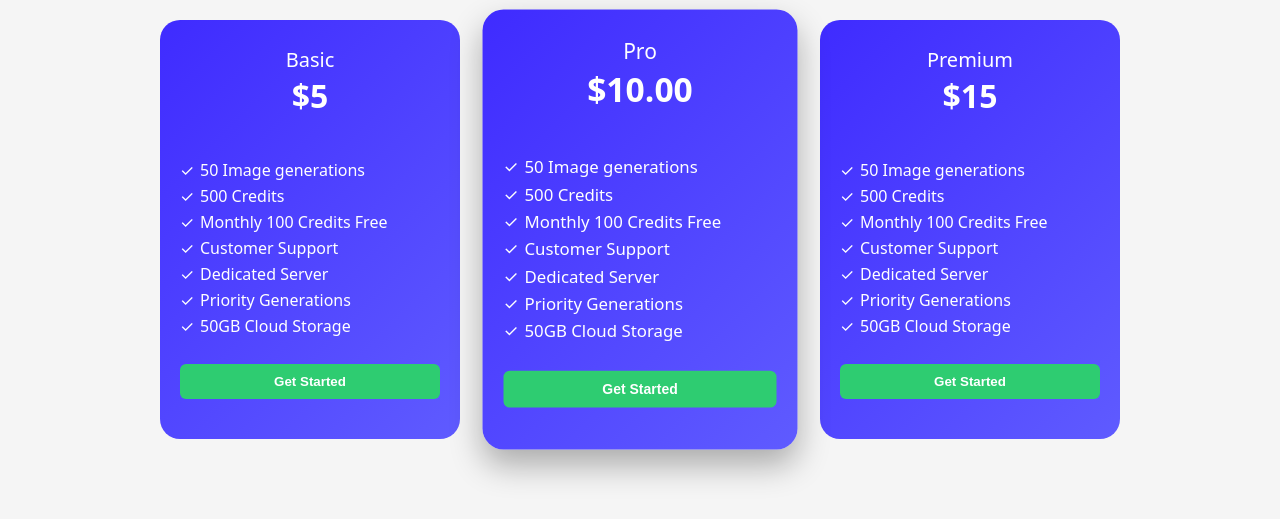
Repository: doanhieu0707/Homework-Day-5
Page: pricing-table.html
The author's editor kept a copy of each file at every save. The page is drawn from the files as they stood at one save, then again after a run of saves.
The browser window is 1280 px wide. The pictures show the whole page.

Above is the page before, as saved 2026-04-22 15:46:16.

### pricing-table.html
<!doctype html>
<html lang="en">
    <head>
        <meta charset="UTF-8" />
        <meta name="viewport" content="width=device-width, initial-scale=1.0" />
        <link rel="stylesheet" href="./css/reset.css" />
        <link rel="stylesheet" href="./css/style.css" />
        <title>Pricing-Table</title>
    </head>
    <body>
        <div class="pricing">
            <div class="pricing-item">
                <h3 class="pricing-title">Basic</h3>
                <div class="pricing-price">$5</div>
                <ul class="pricing-list">
                    <li>50 Image generations</li>
                    <li>500 Credits</li>
                    <li>Monthly 100 Credits Free</li>
                    <li>Customer Support</li>
                    <li>Dedicated Server</li>
                    <li>Priority Generations</li>
                    <li>50GB Cloud Storage</li>
                </ul>
                <button class="btn">Get Started</button>
            </div>

            <div class="pricing-item">
                <h3 class="pricing-title">Pro</h3>
                <div class="pricing-price">$10.00</div>
                <ul class="pricing-list">
                    <li>50 Image generations</li>
                    <li>500 Credits</li>
                    <li>Monthly 100 Credits Free</li>
                    <li>Customer Support</li>
                    <li>Dedicated Server</li>
                    <li>Priority Generations</li>
                    <li>50GB Cloud Storage</li>
                </ul>
                <button class="btn">Get Started</button>
            </div>

            <div class="pricing-item">
                <h3 class="pricing-title">Premium</h3>
                <div class="pricing-price">$15</div>
                <ul class="pricing-list">
                    <li>50 Image generations</li>
                    <li>500 Credits</li>
                    <li>Monthly 100 Credits Free</li>
                    <li>Customer Support</li>
                    <li>Dedicated Server</li>
                    <li>Priority Generations</li>
                    <li>50GB Cloud Storage</li>
                </ul>
                <button class="btn">Get Started</button>
            </div>
        </div>
    </body>
</html>

### css/style.css
* {
    box-sizing: border-box;
}

body {
    background-color: gray;
    font-family:
        system-ui,
        -apple-system,
        BlinkMacSystemFont,
        "Segoe UI",
        Roboto,
        Oxygen,
        Ubuntu,
        Cantarell,
        "Fira Sans",
        "Droid Sans",
        "Helvetica Neue",
        sans-serif;
}

/* ===== CV ===== */
.cv {
    max-width: 1000px;
    margin: 20px auto;
    border: 1px solid #ccc;
}

.container {
    display: flex;
}

.sidebar {
    flex: 3;
    background: #2c3e50;
    color: white;
    padding: 20px;
}

.sidebar img {
    width: 100%;
    border-radius: 50%;
    margin-bottom: 15px;
}

.sidebar .info {
    margin-bottom: 10px;
    margin-left: 0;
}

.sidebar h2 {
    margin-bottom: 10px;
}

.sidebar ul {
    padding-left: 20px;
}

.infor {
    flex: 7;
    padding: 20px;
}

h2 {
    margin-bottom: 10px;
    font-size: 24px;
    font-weight: 700;
}

.heading-1, .part ul li  {
    margin-left: 18px;
    margin-bottom: 5px;
    list-style-type: disc;
}

.heading-2 {
    margin-bottom: 10px;
}

.title {
    display: flex;
    justify-content: space-between;
    font-weight: bold;
}

.part {
    margin-bottom: 20px;
}


.footer {
    margin-top: 20px;
}

/* ===== Pricing =====  */
body {
    background: #f5f5f5;
    padding: 20px;
}

.pricing {
    display: flex;
    justify-content: center;
    align-items: stretch;
    gap: 30px;
    max-width: 1000px;
    margin: 0 auto;
}

.pricing-item {
    flex: 1;
    max-width: 300px;

    display: flex;
    flex-direction: column;
    justify-content: space-between;

    padding: 30px 20px;
    border-radius: 20px;
    background: linear-gradient(135deg, #3f2bff, #5f5bff);
    color: white;
    text-align: center;

    transition: 0.3s;
}

.pricing-item:hover {
    transform: translateY(-10px);
    box-shadow: 0 15px 30px rgba(0, 0, 0, 0.2);
}

.pricing-item:nth-child(2) {
    transform: scale(1.05);
    box-shadow: 0 15px 30px rgba(0, 0, 0, 0.3);
}

.pricing-title {
    font-size: 20px;
    margin-bottom: 10px;
}

.pricing-price {
    font-size: 32px;
    font-weight: bold;
    margin-bottom: 20px;
}

.pricing-list {
    list-style: none;
    text-align: left;
    margin: 20px 0;
    flex-grow: 1;
}

.pricing-list li {
    margin: 10px 0;
    padding-left: 20px;
    position: relative;
}

.pricing-list li::before {
    content: "✓";
    position: absolute;
    left: 0;
    color: #fff;
}

.btn {
    padding: 10px 20px;
    border-radius: 8px;
    border: none;
    background: #fff;
    color: #333;
    cursor: pointer;
    font-weight: bold;
}

.btn:hover {
    background: #eee;
}

@media (max-width: 768px) {
    .pricing {
        flex-direction: column;
        align-items: center;
    }

    .pricing-item {
        max-width: 100%;
        width: 100%;
    }
}

/* ===== Product List ===== */
body {
    background: #f5f5f5;
    padding: 20px;
}

.product-list {
    display: flex;
    flex-wrap: wrap;
    gap: 20px;
    max-width: 1000px;
    margin: 0 auto;
}

.product-item {
    flex: 1 1 calc(33.333% - 20px);
    background: white;
    border-radius: 12px;
    padding: 15px;
    text-align: center;

    display: flex;
    flex-direction: column;
    justify-content: space-between;

    transition: 0.3s;
}

.product-item img {
    width: 100%;
    border-radius: 10px;
    margin-bottom: 10px;
}

.product-name {
    font-size: 18px;
    margin: 10px 0;
}

.product-price {
    font-weight: bold;
    color: #e74c3c;
    margin-bottom: 10px;
}

.btn {
    padding: 10px;
    border: none;
    border-radius: 8px;
    background: #2ecc71;
    color: white;
    cursor: pointer;
}

.btn:hover {
    background: #27ae60;
}

.product-item:hover {
    transform: translateY(-8px);
    box-shadow: 0 10px 25px rgba(0, 0, 0, 0.15);
}

@media (max-width: 768px) {
    .product-item {
        flex: 1 1 calc(50% - 20px);
    }
}

@media (max-width: 480px) {
    .product-item {
        flex: 1 1 100%;
    }
}

/* ===== Register ===== */
.container {
    display: flex;
    height: 100vh;
}

.left,
.right {
    flex: 1;
}

.container .left {
    display: flex;
    justify-content: center;
    align-items: center;
}

.form-box {
    width: 320px;
}

.form-box h2 {
    margin-bottom: 10px;
}

.form-box p {
    margin-bottom: 15px;
    color: #666;
}

.form-box input {
    width: 100%;
    padding: 10px;
    margin-bottom: 10px;
    border: 1px solid #ddd;
    border-radius: 5px;
}

.check {
    display: flex;
    align-items: center;
    font-size: 14px;
    margin-bottom: 15px;
}

.check input {
    width: auto;
    margin-top: 12px;
    margin-right: 10px;
    padding: 0;
}

.btn {
    width: 100%;
    padding: 10px;
    border-radius: 6px;
    border: none;
    margin-bottom: 10px;
    cursor: pointer;
    font-weight: bold;
}

.primary {
    background: #4a90e2;
    color: white;
}

.fb {
    background: #3b5998;
    color: white;
}

.tw {
    background: #1da1f2;
    color: white;
}

.gg {
    background: #db4437;
    color: white;
}

.or {
    text-align: center;
    margin: 10px 0;
    color: #888;
}

.right img {
    width: 100%;
    height: 100%;
    object-fit: cover;
}

@media (max-width: 768px) {
    .container {
        flex-direction: column;
    }

    .right {
        height: 250px;
    }
}

Loaded but not shown: css/reset.css (common file)

After the next 2 saves:
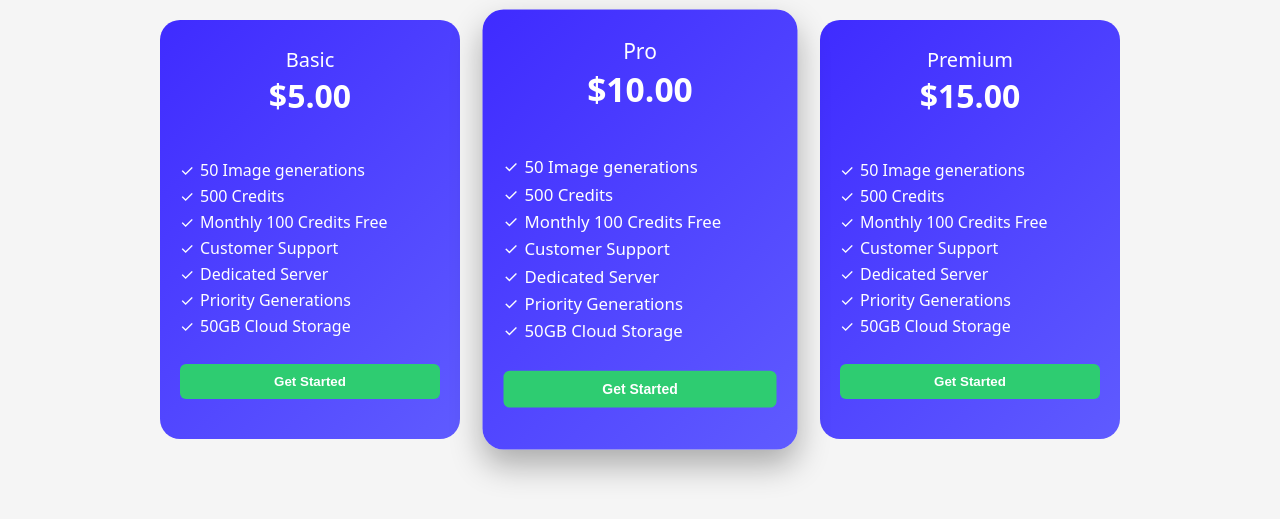
The 2 saves are shown as one change because they came seconds apart.
The last was saved 7 s later.
--- a/pricing-table.html
+++ b/pricing-table.html
@@ -11,7 +11,7 @@
         <div class="pricing">
             <div class="pricing-item">
                 <h3 class="pricing-title">Basic</h3>
-                <div class="pricing-price">$5</div>
+                <div class="pricing-price">$5.00</div>
                 <ul class="pricing-list">
                     <li>50 Image generations</li>
                     <li>500 Credits</li>
@@ -41,7 +41,7 @@
 
             <div class="pricing-item">
                 <h3 class="pricing-title">Premium</h3>
-                <div class="pricing-price">$15</div>
+                <div class="pricing-price">$15.00</div>
                 <ul class="pricing-list">
                     <li>50 Image generations</li>
                     <li>500 Credits</li>
